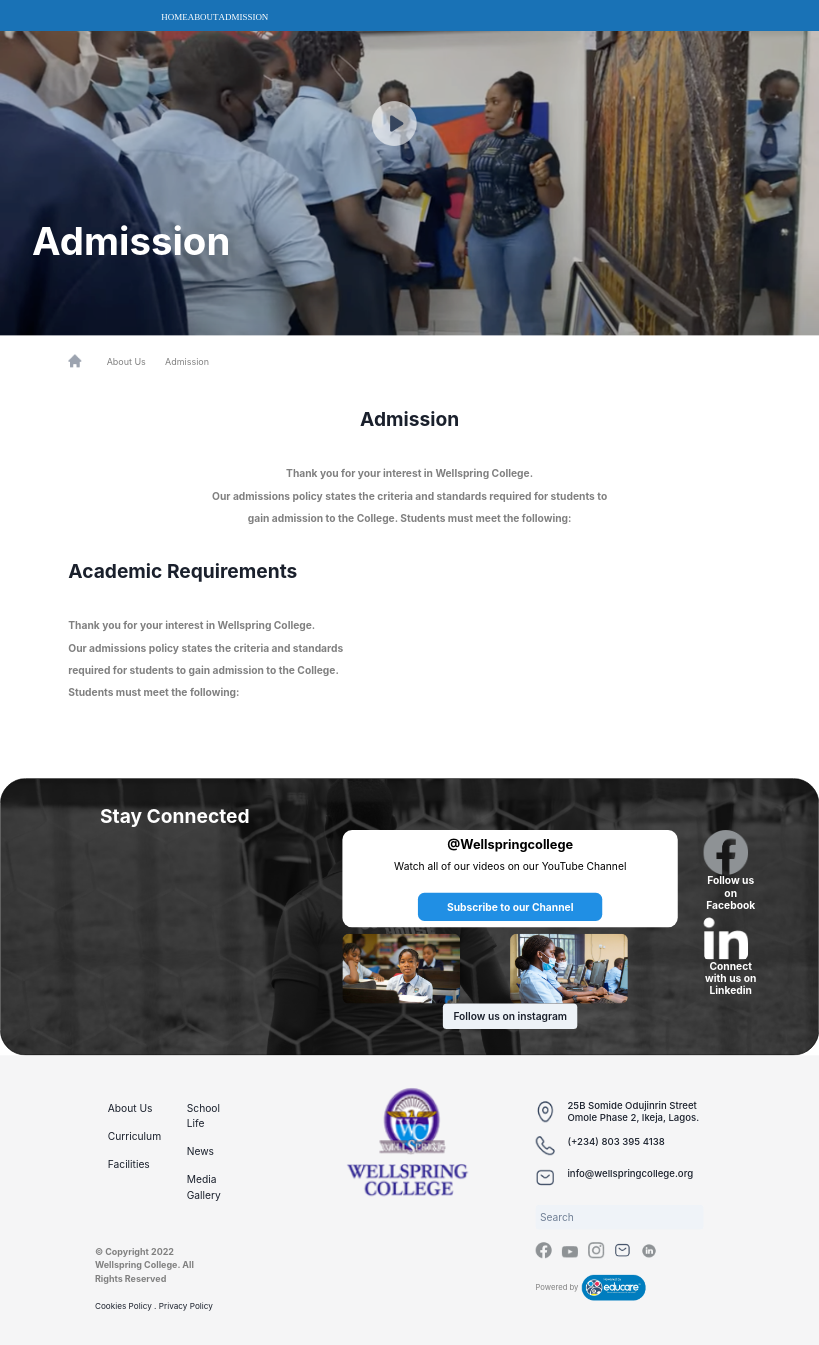
Repository: gr8skills/wellspring-school-forked
Page: /admission
An editor plug-in stored every save of this project. The page is shown before and after the next save, followed by the edit.
The browser window is 1280 px wide. The pictures show the whole page, at 64% of full size.
The project was rebuilt for these pictures with package versions that can differ from the ones it lists, and the page was loaded fresh each time. Also part of the build but not shown: src/components/Navbar/Dropdown.scss, src/components/Navbar/Dropdown.js, src/components/Testimonials/Testimonials.js, src/components/Calendar/Calendar.js, src/components/News/News.js, src/components/WhyWellspring/_why-wellspring.scss, src/components/WhyWellspring/WhyWellspring.js, src/components/AppTab/AppTab.js and 9 more.

Above is the page before, as saved 2022-12-06 17:47:11.

After the next save:
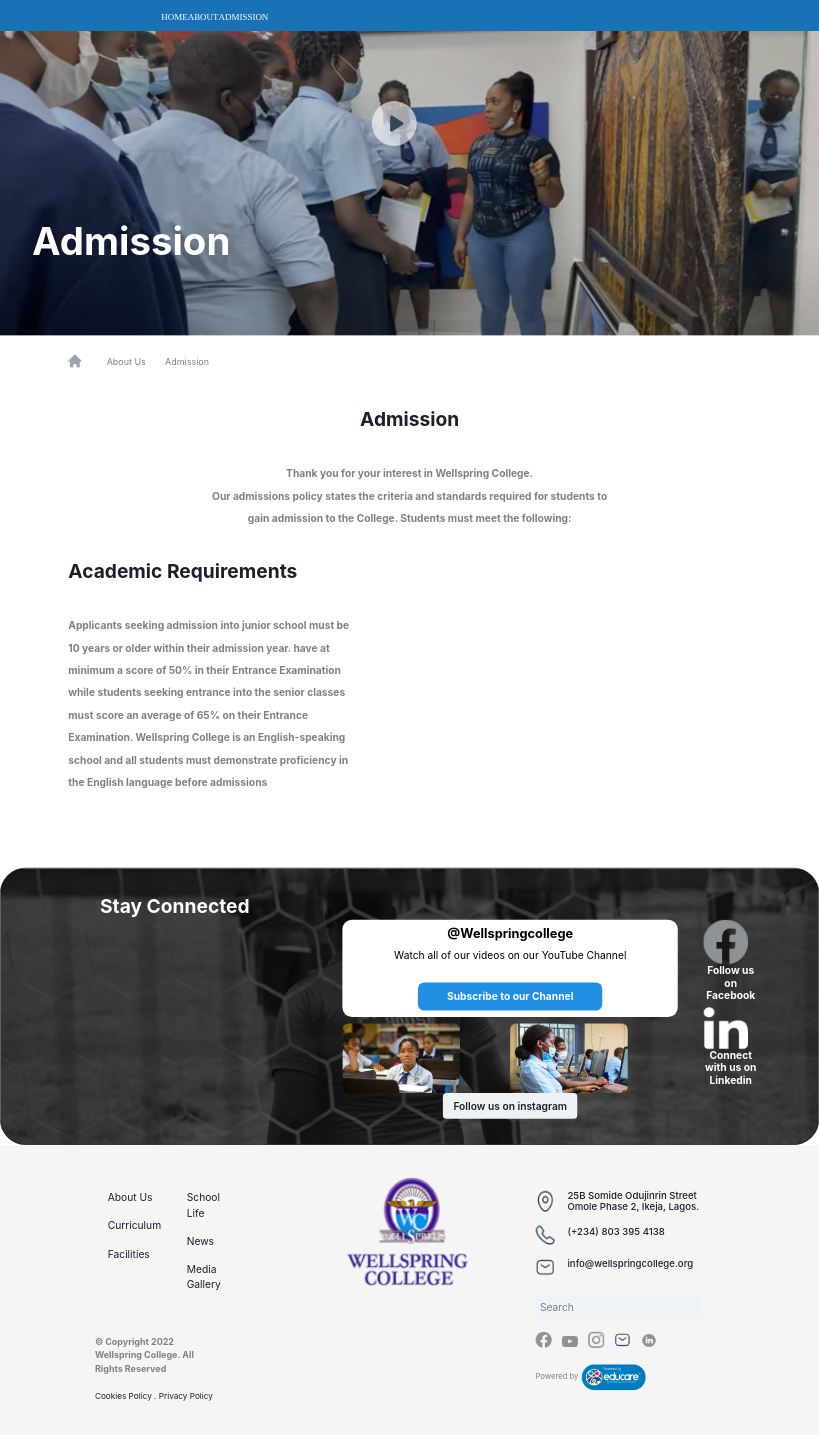
Saved 13 s later.
--- a/src/pages/Admission/Admission.js
+++ b/src/pages/Admission/Admission.js
@@ -51,10 +51,13 @@
               Academic Requirements
             </Heading>
             <p>
-              Thank you for your interest in Wellspring College.
-              <br /> Our admissions policy states the criteria and standards
-              required for students to gain admission to the College. Students
-              must meet the following:
+              Applicants seeking admission into junior school must be 10 years
+              or older within their admission year. have at minimum a score of
+              50% in their Entrance Examination while students seeking entrance
+              into the senior classes must score an average of 65% on their
+              Entrance Examination. Wellspring College is an English-speaking
+              school and all students must demonstrate proficiency in the
+              English language before admissions
             </p>
           </div>
           <div className="col-md-2">&nbsp;</div>
